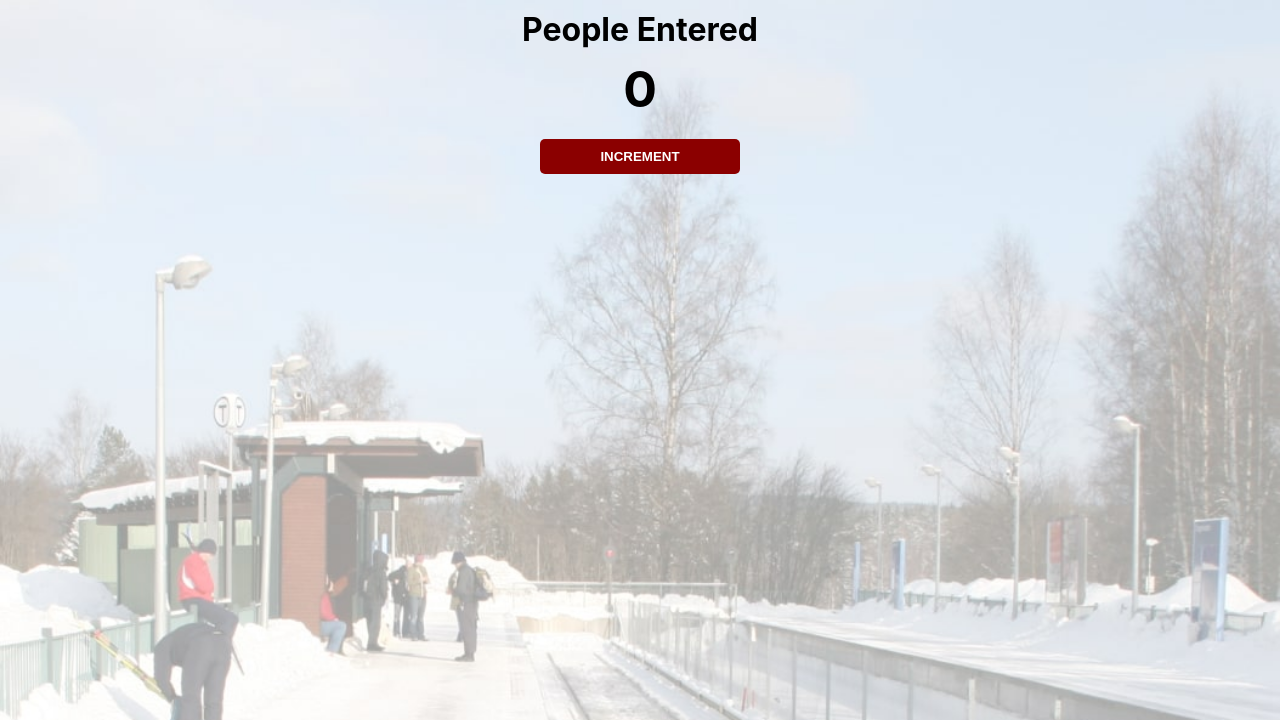
Repository: jt010051/JavaScriptCounter
Page: index.html
These files come from the project's save history. The page is drawn as it stood at one moment and after the next save; the edit follows.
The browser window is 1280 px wide. The pictures show the whole page.
After loading, the first visible `#increment-btn` was clicked once.

Above is the page before, as saved 2022-02-26 15:29:38.

After the next save:
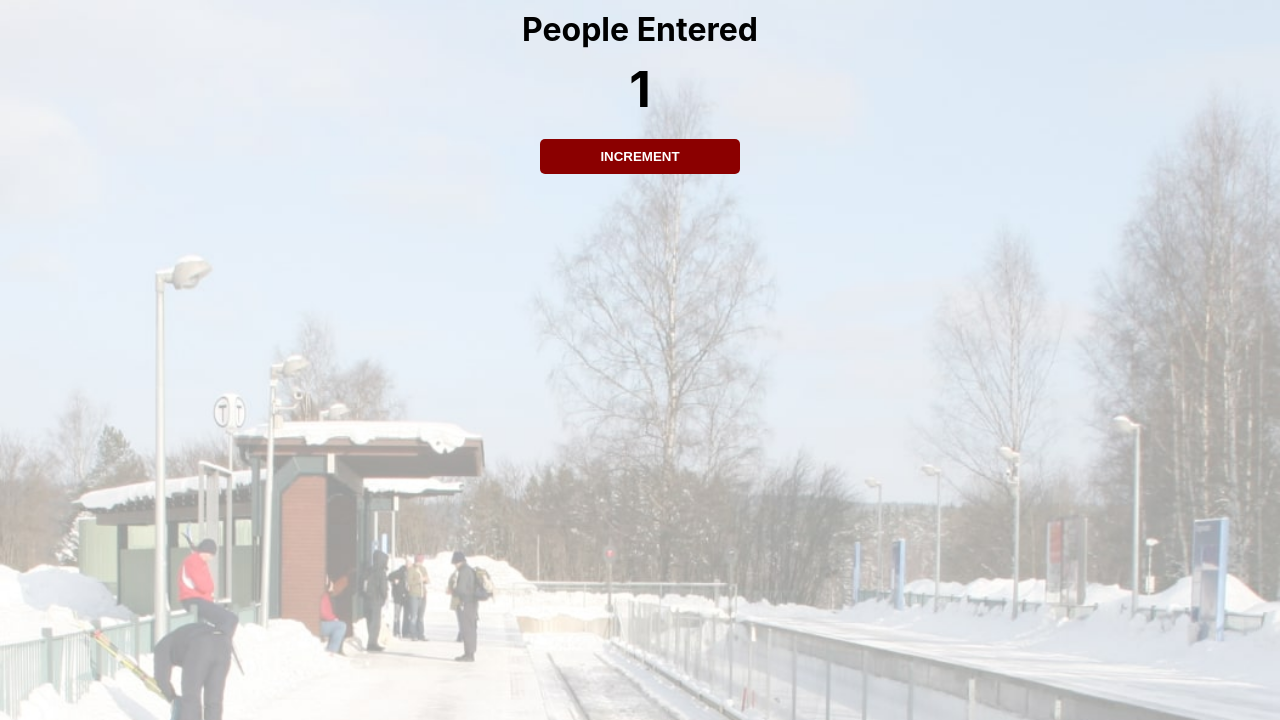
Saved 2 min 16 s later.
--- a/index.js
+++ b/index.js
@@ -16,7 +16,7 @@ function increment(){
 
 
     count+=1;
-
+    countEl.innerText = count;
     console.log(count);
    // document.getElementById("count-el").innerText=5;
 
